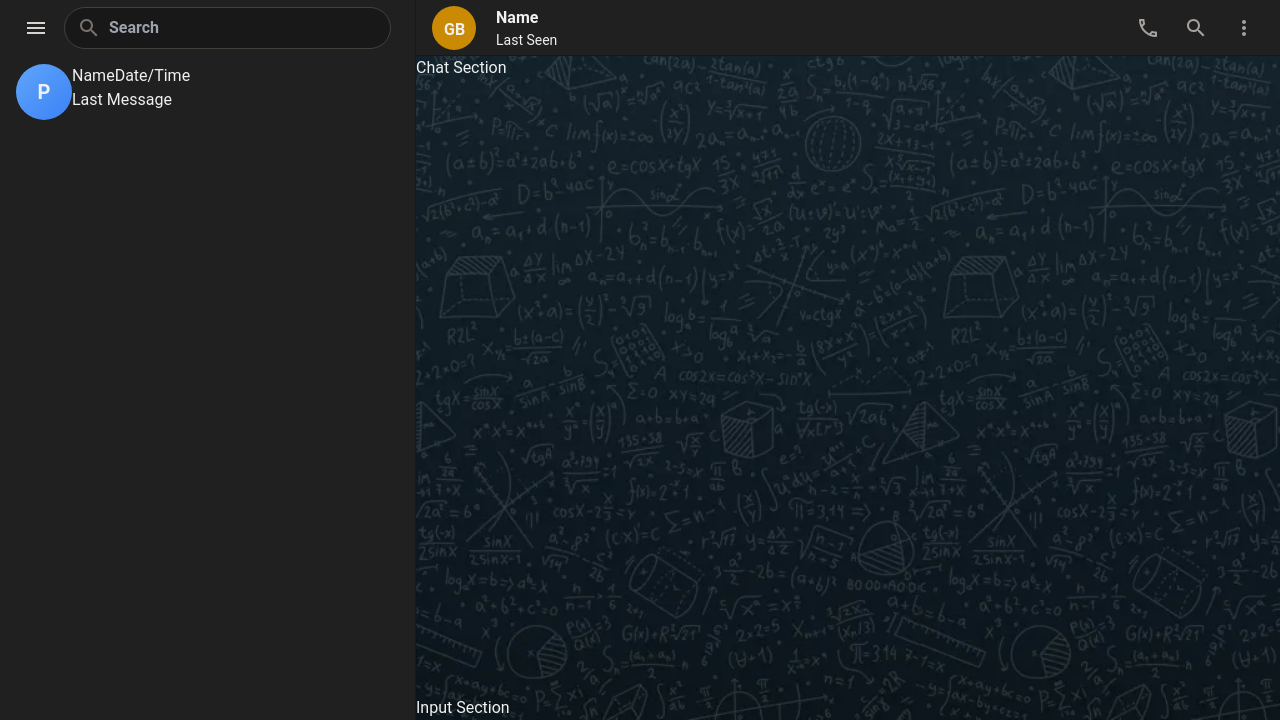
Repository: Qu4ntumGuy/telegram-clone
Page: /
The author's editor kept a copy of each file at every save. The page is drawn from the files as they stood at one save, then again after the next save.
The browser window is 1280 px wide. The pictures show the whole page.
The page's requests for data from a server got no answer. The project was rebuilt for these pictures with package versions that can differ from the ones it lists, and the page was loaded fresh each time. No one was signed in, and anything a server would have sent is missing. Also part of the build but not shown: src/Pages/ChatPage.js/ChatPage.js.

Above is the page before, as saved 2024-07-15 13:47:54.

After the next save:
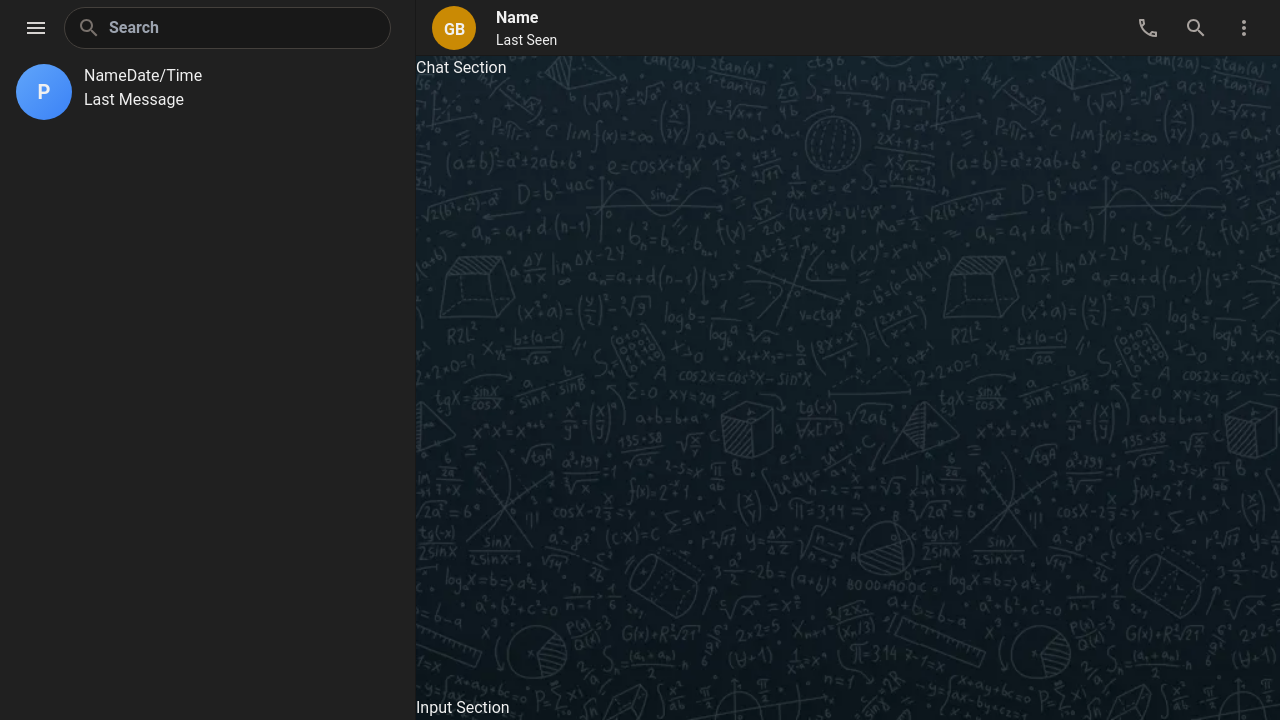
Saved 22 s later.
--- a/src/Components/Chat.js
+++ b/src/Components/Chat.js
@@ -6,7 +6,7 @@ function Chat({ name, profile }) {
       <div className="flex justify-center items-center text-xl font-semibold bg-gradient-to-br from-blue-400 rounded-full w-14 h-14 to-blue-500">
         P
       </div>
-      <div className="flex flex-col">
+      <div className="flex flex-col ml-3">
         <div className="flex">
           <div>Name</div>
           <div>Date/Time</div>
